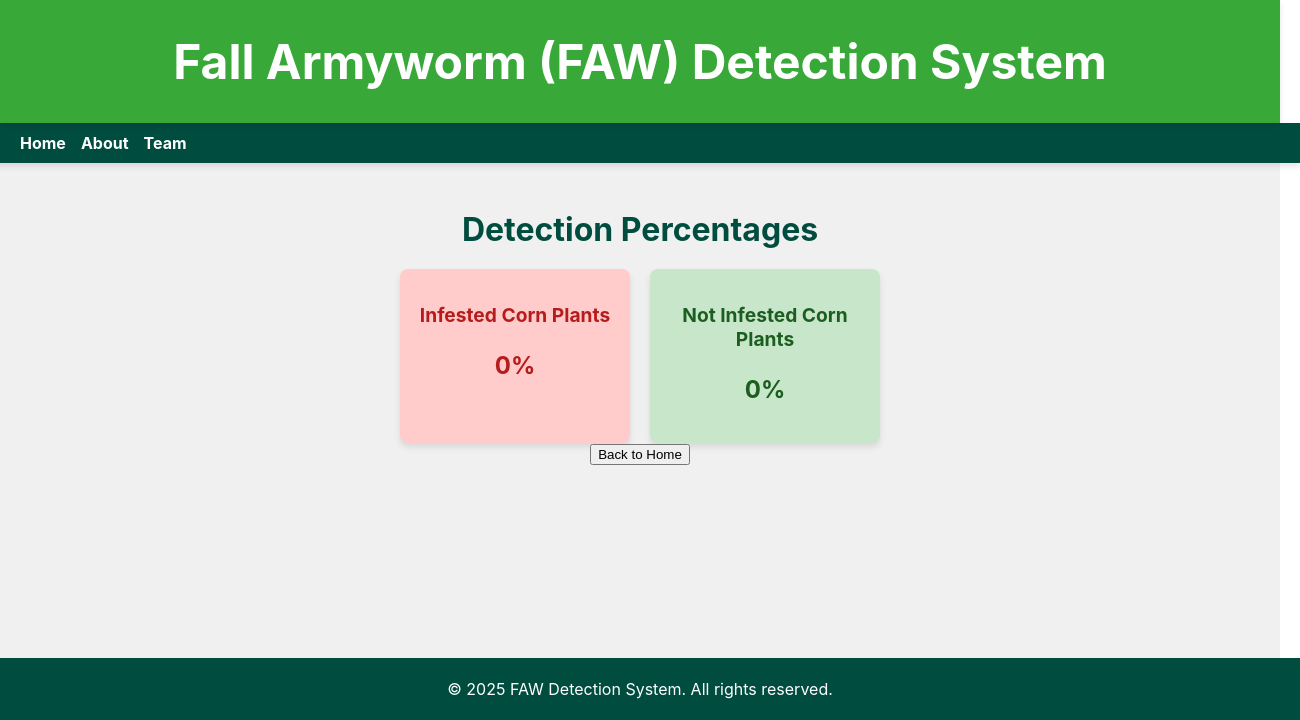
Repository: jansen223/faw-detection-main
Page: /percentages
These files come from the project's save history. The page is drawn as it stood at one moment and after the next save; the edit follows.
The browser window is 1280 px wide. The page is 1300 px wide, so the pictures cover 1300 px, including what lies to the right of the window. The pictures show the whole page.
The page's requests for data from a server got no answer. The project was rebuilt for these pictures with package versions that can differ from the ones it lists, and the page was loaded fresh each time. No one was signed in, and anything a server would have sent is missing. Also part of the build but not shown: src/pages/Home.css, src/pages/Home.js, src/pages/About.css, src/pages/About.js, src/pages/Team.css, src/pages/Team.js.

Above is the page before, as saved 2025-04-10 12:31:37.

After the next save:
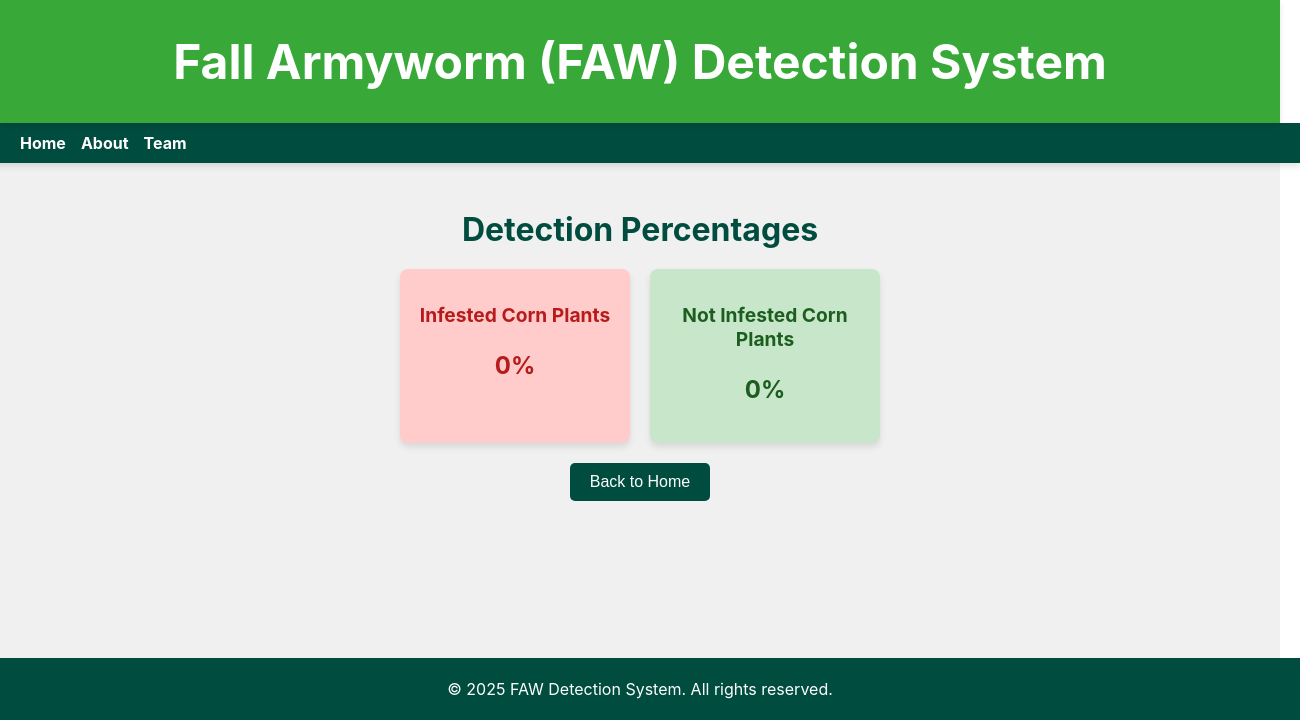
Saved 22 s later.
--- a/src/pages/Percentages.css
+++ b/src/pages/Percentages.css
@@ -41,3 +41,19 @@
   font-size: 1.5rem;
   font-weight: bold;
 }
+
+.back-button {
+  margin-top: 20px;
+  padding: 10px 20px;
+  background-color: #004d40;
+  color: white;
+  border: none;
+  border-radius: 5px;
+  cursor: pointer;
+  font-size: 1rem;
+  transition: background-color 0.3s ease;
+}
+
+.back-button:hover {
+  background-color: #00332e;
+}
